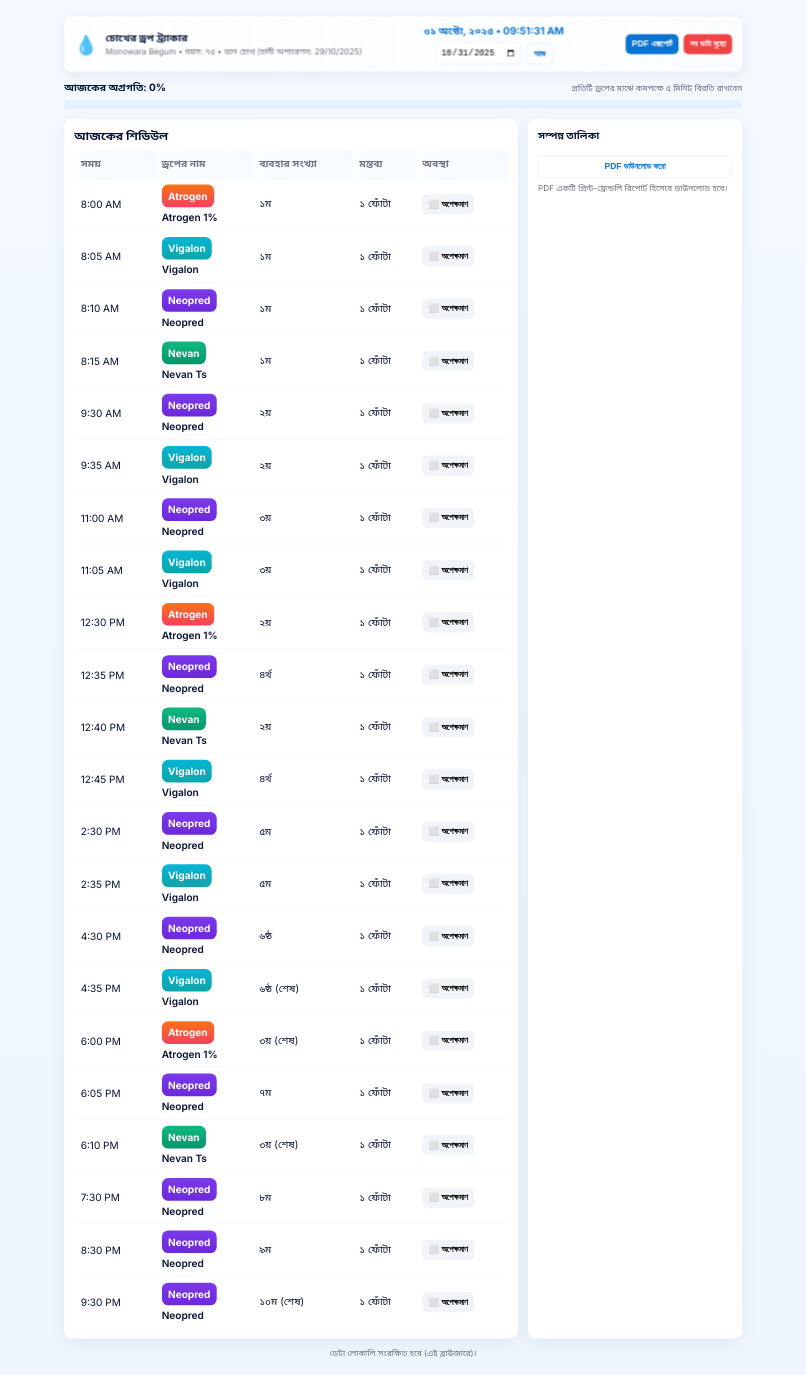
Repository: naimuddin1190/EyeDrop-Tracker
Page: index.html
The author's editor kept a copy of each file at every save. The page is drawn from the files as they stood at one save, then again after the next save.
The browser window is 1280 px wide. The pictures show the whole page, at 63% of full size.

Above is the page before, as saved 2025-10-31 10:07:30.

### index.html
<!doctype html>
<html lang="bn">
<head>
  <meta charset="utf-8" />
  <meta name="viewport" content="width=device-width,initial-scale=1" />
  <title>চোখের ড্রপ ট্র্যাকার — Monowara Begum</title>

  <!-- Fonts (google) -->
  <link href="https://fonts.googleapis.com/css2?family=Inter:wght@400;600;700&family=Noto+Sans+Bengali:wght@400;600&display=swap" rel="stylesheet">

  <!-- Styles -->
  <link rel="stylesheet" href="styles.css">

  <!-- html2pdf (for PDF export) -->
  <script src="https://unpkg.com/html2pdf.js@0.9.3/dist/html2pdf.bundle.min.js"></script>
</head>
<body>
  <div class="app">
    <!-- Sticky header: time, date picker, export button -->
    <header class="topbar">
      <div class="top-left">
        <div class="brand">
          <div class="logo">💧</div>
          <div>
            <div class="title">চোখের ড্রপ ট্র্যাকার</div>
            <div class="subtitle">Monowara Begum • বয়স: ৭৫ • ডান চোখ (চানী অপারেশন: 29/10/2025)</div>
          </div>
        </div>
      </div>

      <div class="top-center">
        <div class="live-time" id="liveTime">—:—</div>
        <div class="date-controls">
          <input type="date" id="viewDate">
          <button id="todayBtn" class="btn ghost">আজ</button>
        </div>
      </div>

      <div class="top-right">
        <button id="exportPdf" class="btn">PDF এক্সপোর্ট</button>
        <button id="clearAll" class="btn danger">সব ডাটা মুছো</button>
      </div>
    </header>

    <!-- Progress -->
    <section class="progress-wrap">
      <div class="progress-info">
        <div id="progressText">আজকের অগ্রগতি: 0%</div>
        <div class="small-note">প্রতিটি ড্রপের মাঝে কমপক্ষে ৫ মিনিট বিরতি রাখবেন</div>
      </div>
      <div class="progress-bar-bg">
        <div id="progressBar" class="progress-bar-fill"></div>
      </div>
    </section>

    <!-- Main content: table + sidebar -->
    <main class="content">
      <section class="card schedule-card">
        <h3>আজকের শিডিউল</h3>
        <div class="table-wrap">
          <table id="scheduleTable" class="schedule-table">
            <thead>
              <tr>
                <th>সময়</th>
                <th>ড্রপের নাম</th>
                <th>ব্যবহার সংখ্যা</th>
                <th>মন্তব্য</th>
                <th>অবস্থা</th>
              </tr>
            </thead>
            <tbody id="scheduleBody"></tbody>
          </table>
        </div>
      </section>

      <aside class="card side-card">
        <h4>সম্পন্ন তালিকা</h4>
        <ul id="completedList" class="completed-list"></ul>

        <div class="side-actions">
          <button id="exportPdfManual" class="btn ghost">PDF ডাউনলোড করো</button>
          <div class="small-note">PDF একটি প্রিন্ট-ফ্রেন্ডলি রিপোর্ট হিসেবে ডাউনলোড হবে।</div>
        </div>
      </aside>
    </main>

    <!-- Hidden printable area for PDF (populated by JS) -->
    <div id="pdfContainer" class="pdf-container" style="display:none;"></div>

    <footer class="footer">ডেটা লোকালি সংরক্ষিত হবে (এই ব্রাউজারে)।</footer>
  </div>

  <script src="app.js"></script>
</body>
</html>

### styles.css
/* styles.css — professional, eye-catching, mobile-first */
:root{
  --bg:#f6fbff;
  --card:#ffffff;
  --accent:#0b74d1;
  --accent-2:#7c3aed;
  --muted:#6b7280;
  --green:#10b981;
  --danger:#ef4444;
  --glass: rgba(255,255,255,0.6);
}

*{box-sizing:border-box}
body{
  margin:0;
  font-family: "Inter", "Noto Sans Bengali", system-ui, -apple-system, "Segoe UI", Roboto, Arial;
  background: linear-gradient(180deg, #f3f9ff 0%, #eef6ff 100%);
  color: #071233;
  -webkit-font-smoothing:antialiased;
  -moz-osx-font-smoothing:grayscale;
}

/* App container */
.app{max-width:1100px;margin:14px auto;padding:12px;}

/* Topbar */
.topbar{
  position:sticky; top:10px; z-index:30;
  display:flex; align-items:center; justify-content:space-between;
  gap:12px; padding:12px 16px; border-radius:12px;
  background: linear-gradient(90deg, rgba(255,255,255,0.85), rgba(255,255,255,0.7));
  box-shadow: 0 6px 22px rgba(9,30,66,0.08);
  backdrop-filter: blur(6px);
}

.brand{display:flex;gap:12px;align-items:center}
.logo{font-size:30px}
.title{font-weight:700;font-size:16px}
.subtitle{font-size:13px;color:var(--muted)}

.top-center{display:flex;flex-direction:column;align-items:center;gap:6px}
.live-time{font-weight:700;font-size:16px;color:var(--accent)}
.date-controls{display:flex;gap:8px;align-items:center}
.date-controls input[type="date"]{padding:8px;border-radius:8px;border:1px solid #e6eef7}
.btn{background:var(--accent);color:#fff;padding:8px 10px;border-radius:8px;border:0;cursor:pointer;font-weight:600}
.btn.ghost{background:transparent;color:var(--accent);border:1px solid rgba(11,116,209,0.12)}
.btn.danger{background:var(--danger)}
.top-right{display:flex;gap:8px;align-items:center}

/* Progress */
.progress-wrap{margin-top:14px;display:flex;flex-direction:column;gap:8px}
.progress-info{display:flex;justify-content:space-between;align-items:center;gap:12px}
.progress-info #progressText{font-weight:700}
.small-note{color:var(--muted);font-size:13px}
.progress-bar-bg{height:14px;background:#e6f0ff;border-radius:12px;overflow:hidden}
.progress-bar-fill{height:100%;width:0%;background:linear-gradient(90deg,var(--accent),var(--accent-2));transition:width 400ms cubic-bezier(.2,.9,.3,1)}

/* Content layout */
.content{display:grid;grid-template-columns:1fr 340px;gap:16px;margin-top:16px}
.card{background:var(--card);padding:16px;border-radius:12px;box-shadow:0 8px 28px rgba(13,27,65,0.06)}
.schedule-card h3{margin:0 0 8px 0}
.side-card h4{margin:0 0 8px 0}

/* Table styles */
.table-wrap{overflow:auto}
.schedule-table{width:100%;border-collapse:collapse;min-width:560px}
.schedule-table thead th{
  text-align:left;padding:10px;border-bottom:1px solid #eef4ff;color:var(--muted);font-weight:700;background:linear-gradient(90deg,#fbfdff,#f6fbff)
}
.schedule-table tbody td{padding:10px;border-bottom:1px solid #f1f7ff;vertical-align:middle}

/* medicine color badges - left column style */
.med-badge{
  display:inline-flex;align-items:center;gap:10px;padding:8px 10px;border-radius:10px;color:#fff;font-weight:700;
}
.med-atrogen{background: linear-gradient(180deg,#f97316,#f43f5e)} /* orange-red */
.med-vigalon{background: linear-gradient(180deg,#06b6d4,#0ea5a9)} /* teal */
.med-neopred{background: linear-gradient(180deg,#7c3aed,#6d28d9)} /* purple */
.med-nevan{background: linear-gradient(180deg,#10b981,#059669)} /* green */

/* mark button */
.mark-btn{padding:8px 10px;border-radius:8px;border:0;cursor:pointer;font-weight:700;background:#f1f5f9}
.mark-btn.done{background:linear-gradient(90deg,#10b981,#34d399);color:white}

/* completed list */
.completed-list{list-style:none;padding:0;margin:8px 0;max-height:300px;overflow:auto}
.completed-list li{background:#f3f9ff;padding:8px;border-radius:8px;margin-bottom:8px;color:#073257;font-weight:600}

/* side actions */
.side-actions{margin-top:12px;display:flex;flex-direction:column;gap:8px}

/* footer */
.footer{text-align:center;color:var(--muted);margin-top:14px;font-size:13px}

/* responsive */
@media (max-width:920px){
  .content{grid-template-columns:1fr; }
  .topbar{flex-direction:column;align-items:stretch;gap:10px}
  .top-center{flex-direction:row;justify-content:space-between}
}

### app.js
/* app.js — সম্পূর্ণ বাংলা UI logic */
/* Features:
   - per-date schedule (select date top)
   - colored med badges
   - save completed items in localStorage keyed by date
   - progress bar
   - auto PDF download when progress reaches 100% (only once per date)
   - manual PDF export button
*/

const scheduleData = [
  ["8:00 AM", "Atrogen 1%", "১ম", "১ ফোঁটা", "atrogen"],
  ["8:05 AM", "Vigalon", "১ম", "১ ফোঁটা", "vigalon"],
  ["8:10 AM", "Neopred", "১ম", "১ ফোঁটা", "neopred"],
  ["8:15 AM", "Nevan Ts", "১ম", "১ ফোঁটা", "nevan"],
  ["9:30 AM", "Neopred", "২য়", "১ ফোঁটা", "neopred"],
  ["9:35 AM", "Vigalon", "২য়", "১ ফোঁটা", "vigalon"],
  ["11:00 AM", "Neopred", "৩য়", "১ ফোঁটা", "neopred"],
  ["11:05 AM", "Vigalon", "৩য়", "১ ফোঁটা", "vigalon"],
  ["12:30 PM", "Atrogen 1%", "২য়", "১ ফোঁটা", "atrogen"],
  ["12:35 PM", "Neopred", "৪র্থ", "১ ফোঁটা", "neopred"],
  ["12:40 PM", "Nevan Ts", "২য়", "১ ফোঁটা", "nevan"],
  ["12:45 PM", "Vigalon", "৪র্থ", "১ ফোঁটা", "vigalon"],
  ["2:30 PM", "Neopred", "৫ম", "১ ফোঁটা", "neopred"],
  ["2:35 PM", "Vigalon", "৫ম", "১ ফোঁটা", "vigalon"],
  ["4:30 PM", "Neopred", "৬ষ্ঠ", "১ ফোঁটা", "neopred"],
  ["4:35 PM", "Vigalon", "৬ষ্ঠ (শেষ)", "১ ফোঁটা", "vigalon"],
  ["6:00 PM", "Atrogen 1%", "৩য় (শেষ)", "১ ফোঁটা", "atrogen"],
  ["6:05 PM", "Neopred", "৭ম", "১ ফোঁটা", "neopred"],
  ["6:10 PM", "Nevan Ts", "৩য় (শেষ)", "১ ফোঁটা", "nevan"],
  ["7:30 PM", "Neopred", "৮ম", "১ ফোঁটা", "neopred"],
  ["8:30 PM", "Neopred", "৯ম", "১ ফোঁটা", "neopred"],
  ["9:30 PM", "Neopred", "১০ম (শেষ)", "১ ফোঁটা", "neopred"]
];

// element refs
const scheduleBody = document.getElementById('scheduleBody');
const completedList = document.getElementById('completedList');
const progressBar = document.getElementById('progressBar');
const progressText = document.getElementById('progressText');
const viewDate = document.getElementById('viewDate');
const todayBtn = document.getElementById('todayBtn');
const liveTime = document.getElementById('liveTime');
const exportPdfBtn = document.getElementById('exportPdf');
const exportPdfManual = document.getElementById('exportPdfManual');
const clearAll = document.getElementById('clearAll');
const pdfContainer = document.getElementById('pdfContainer');

const TOTAL = scheduleData.length;

// init date picker to today
function isoToday(d = new Date()){
  return new Date(d.getTime() - d.getTimezoneOffset()*60000).toISOString().slice(0,10);
}
viewDate.value = isoToday();

// live clock
function updateClock(){
  const now = new Date();
  const t = now.toLocaleTimeString([], {hour:'2-digit', minute:'2-digit', second:'2-digit'});
  const d = now.toLocaleDateString('bn-BD', {year:'numeric', month:'short', day:'numeric'});
  liveTime.textContent = `${d}  •  ${t}`;
}
setInterval(updateClock,1000);
updateClock();

// storage helpers (per date)
function keyFor(dateStr){ return 'eyedrop_'+dateStr; }
function exportedKey(dateStr){ return 'eyedrop_exported_'+dateStr; }

function loadDay(dateStr){
  const raw = localStorage.getItem(keyFor(dateStr));
  if(!raw){
    // initialize with not-taken flags
    const obj = scheduleData.map((row, idx)=>({
      idx,
      time: row[0],
      med: row[1],
      count: row[2],
      note: row[3],
      tag: row[4],
      taken: false,
      ts: null
    }));
    localStorage.setItem(keyFor(dateStr), JSON.stringify(obj));
    return obj;
  }
  return JSON.parse(raw);
}
function saveDay(dateStr, arr){
  localStorage.setItem(keyFor(dateStr), JSON.stringify(arr));
}

// render
function render(){
  const dateStr = viewDate.value;
  const day = loadDay(dateStr);
  scheduleBody.innerHTML = '';
  completedList.innerHTML = '';

  day.forEach(item => {
    const tr = document.createElement('tr');
    // left cells: time, med (with color)
    const medBadge = `<span class="med-badge ${medClass(item.tag)}">${item.med.split(' ')[0]}</span>`;
    tr.innerHTML = `
      <td>${item.time}</td>
      <td>${medBadge} <div style="font-weight:600;margin-top:6px">${item.med}</div></td>
      <td>${item.count}</td>
      <td>${item.note}</td>
      <td><button class="mark-btn ${item.taken ? 'done' : ''}" data-idx="${item.idx}">${item.taken ? '✅ সম্পন্ন' : '⬜ অপেক্ষমাণ'}</button></td>
    `;
    scheduleBody.appendChild(tr);

    if(item.taken){
      const li = document.createElement('li');
      li.textContent = `${item.time} — ${item.med} (${item.count})`;
      completedList.appendChild(li);
    }
  });

  // attach handlers
  document.querySelectorAll('.mark-btn').forEach(btn=>{
    btn.addEventListener('click', ()=>{
      const idx = parseInt(btn.dataset.idx, 10);
      toggleTaken(dateStr, idx);
    });
  });

  updateProgressUI(day);
}

// map tag -> css class
function medClass(tag){
  switch(tag){
    case 'atrogen': return 'med-atrogen';
    case 'vigalon': return 'med-vigalon';
    case 'neopred': return 'med-neopred';
    case 'nevan': return 'med-nevan';
    default: return '';
  }
}

// toggle taken flag
function toggleTaken(dateStr, idx){
  const day = loadDay(dateStr);
  const item = day.find(it=>it.idx===idx);
  if(!item) return;
  item.taken = !item.taken;
  item.ts = item.taken? new Date().toISOString() : null;
  saveDay(dateStr, day);
  render();
  // if 100% and not exported, call autoExport
  checkAutoExport(dateStr);
}

// update progress
function updateProgressUI(day){
  const done = day.filter(d=>d.taken).length;
  const percent = Math.round((done / TOTAL) * 100);
  progressBar.style.width = percent + '%';
  progressText.textContent = `আজকের অগ্রগতি: ${percent}%`;
}

// auto-export once per date when reaches 100%
function checkAutoExport(dateStr){
  const day = loadDay(dateStr);
  const done = day.filter(d=>d.taken).length;
  if(done === TOTAL){
    // check exported flag
    const already = localStorage.getItem(exportedKey(dateStr));
    if(!already){
      // generate PDF automatically and mark exported
      generatePDF(dateStr, true);
      localStorage.setItem(exportedKey(dateStr), new Date().toISOString());
    }
  }
}

// generate printable HTML and call html2pdf
function generatePDF(dateStr, auto=false){
  const day = loadDay(dateStr);
  // build html for pdfContainer
  const patientHeading = `<h2 style="margin:0 0 6px 0">চোখের ড্রপ রিপোর্ট — Monowara Begum</h2>
    <div style="font-size:14px;color:#333;margin-bottom:6px">তারিখ: ${dateStr} • রোগীর বয়স: 75 • ডান চোখ (চানি অপারেশন: 29/10/2025)</div>
    <hr style="border:none;border-top:1px solid #eee;margin:8px 0">`;

  let tableHtml = `<table style="width:100%;border-collapse:collapse;font-size:14px">
    <thead><tr><th style="text-align:left;padding:6px;border-bottom:1px solid #ddd">সময়</th>
    <th style="text-align:left;padding:6px;border-bottom:1px solid #ddd">ড্রপ</th>
    <th style="padding:6px;border-bottom:1px solid #ddd">স্ট্যাটাস</th></tr></thead><tbody>`;

  day.forEach(it=>{
    tableHtml += `<tr>
      <td style="padding:6px;border-bottom:1px solid #f2f2f2">${it.time}</td>
      <td style="padding:6px;border-bottom:1px solid #f2f2f2">${it.med} (${it.count})</td>
      <td style="padding:6px;border-bottom:1px solid #f2f2f2">${it.taken ? 'নেওয়া — ' + (it.ts? new Date(it.ts).toLocaleTimeString(): '') : 'বাকি'}</td>
    </tr>`;
  });

  tableHtml += `</tbody></table>`;

  pdfContainer.innerHTML = `<div style="padding:18px;font-family:Inter, 'Noto Sans Bengali'">${patientHeading}${tableHtml}</div>`;
  const element = pdfContainer;

  // file name
  const fileName = `EyeDrop_${dateStr}_MonowaraBegum.pdf`;

  // html2pdf options
  const opt = {
    margin: 10,
    filename: fileName,
    image: { type: 'jpeg', quality: 0.98 },
    html2canvas: { scale: 2 },
    jsPDF: { unit: 'mm', format: 'a4', orientation: 'portrait' }
  };

  // generate and save
  html2pdf().set(opt).from(element).save().then(()=>{
    if(auto){
      // show subtle alert
      alert('অভিনন্দন! আজকের সব ডোজ সম্পন্ন হয়েছে — PDF ডাউনলোড করা হয়েছে।');
    }
  });
}

// handlers: top buttons
todayBtn.addEventListener('click', ()=>{
  viewDate.value = isoToday();
  render();
});

viewDate.addEventListener('change', ()=>{ render(); });

exportPdfBtn.addEventListener('click', ()=>{
  generatePDF(viewDate.value, false);
});

exportPdfManual.addEventListener('click', ()=>{
  generatePDF(viewDate.value, false);
});

// clear all data (confirm)
clearAll.addEventListener('click', ()=>{
  if(confirm('এই ব্রাউজারের সব EyeDrop ডাটা মুছে ফেলতে চাও? (পুরো অ্যাপের সব ডেটা মুছে যাবে)')){
    // remove keys starting with eyedrop_
    Object.keys(localStorage).forEach(k=>{
      if(k.startsWith('eyedrop_')) localStorage.removeItem(k);
    });
    render();
    alert('সব ডাটা ফাঁকা করা হয়েছে।');
  }
});

// initial render and check
render();
checkAutoExport(viewDate.value);

// accessibility: keyboard quick mark (numbers)
document.addEventListener('keydown',(e)=>{
  if(e.key>='1' && e.key<='9'){
    const day = loadDay(viewDate.value);
    const notTaken = day.filter(d=>!d.taken);
    const idx = parseInt(e.key,10)-1;
    if(notTaken[idx]) {
      notTaken[idx].taken = true;
      notTaken[idx].ts = new Date().toISOString();
      saveDay(viewDate.value, day);
      render();
      checkAutoExport(viewDate.value);
    }
  }
});

After the next save:
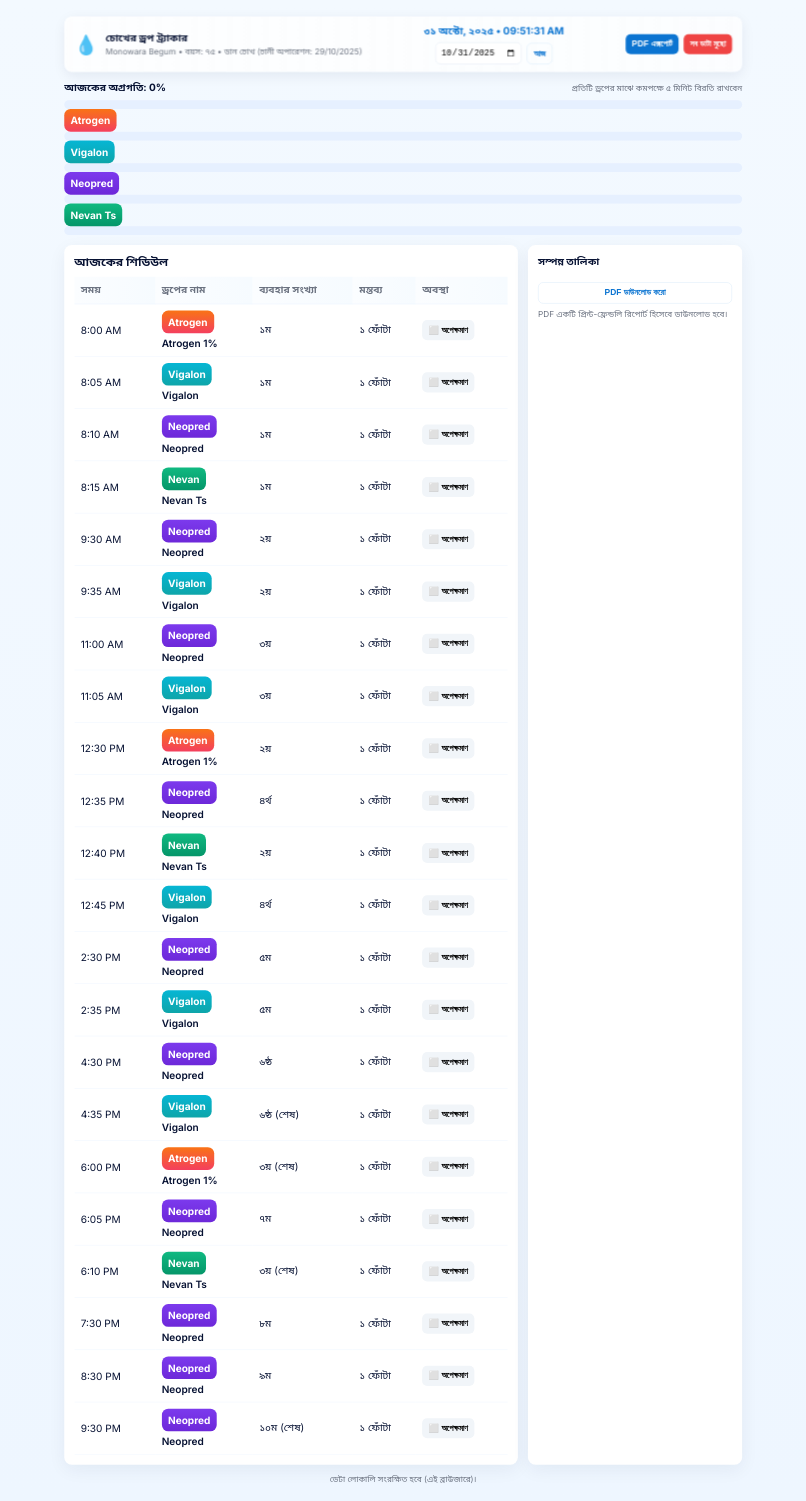
Saved 3 min 21 s later.
--- a/index.html
+++ b/index.html
@@ -5,26 +5,23 @@
   <meta name="viewport" content="width=device-width,initial-scale=1" />
   <title>চোখের ড্রপ ট্র্যাকার — Monowara Begum</title>
 
-  <!-- Fonts (google) -->
+  <!-- Fonts -->
   <link href="https://fonts.googleapis.com/css2?family=Inter:wght@400;600;700&family=Noto+Sans+Bengali:wght@400;600&display=swap" rel="stylesheet">
 
   <!-- Styles -->
   <link rel="stylesheet" href="styles.css">
 
-  <!-- html2pdf (for PDF export) -->
+  <!-- html2pdf -->
   <script src="https://unpkg.com/html2pdf.js@0.9.3/dist/html2pdf.bundle.min.js"></script>
 </head>
 <body>
   <div class="app">
-    <!-- Sticky header: time, date picker, export button -->
     <header class="topbar">
-      <div class="top-left">
-        <div class="brand">
-          <div class="logo">💧</div>
-          <div>
-            <div class="title">চোখের ড্রপ ট্র্যাকার</div>
-            <div class="subtitle">Monowara Begum • বয়স: ৭৫ • ডান চোখ (চানী অপারেশন: 29/10/2025)</div>
-          </div>
+      <div class="brand">
+        <div class="logo">💧</div>
+        <div>
+          <div class="title">চোখের ড্রপ ট্র্যাকার</div>
+          <div class="subtitle">Monowara Begum • বয়স: ৭৫ • ডান চোখ (চানী অপারেশন: 29/10/2025)</div>
         </div>
       </div>
 
@@ -42,7 +39,7 @@
       </div>
     </header>
 
-    <!-- Progress -->
+    <!-- Overall progress -->
     <section class="progress-wrap">
       <div class="progress-info">
         <div id="progressText">আজকের অগ্রগতি: 0%</div>
@@ -53,7 +50,27 @@
       </div>
     </section>
 
-    <!-- Main content: table + sidebar -->
+    <!-- 4 individual medicine progress -->
+    <section class="progress-multi">
+      <div class="med-progress">
+        <span class="med-badge med-atrogen">Atrogen</span>
+        <div class="progress-bar-bg small"><div id="prog-atrogen" class="progress-bar-fill"></div></div>
+      </div>
+      <div class="med-progress">
+        <span class="med-badge med-vigalon">Vigalon</span>
+        <div class="progress-bar-bg small"><div id="prog-vigalon" class="progress-bar-fill"></div></div>
+      </div>
+      <div class="med-progress">
+        <span class="med-badge med-neopred">Neopred</span>
+        <div class="progress-bar-bg small"><div id="prog-neopred" class="progress-bar-fill"></div></div>
+      </div>
+      <div class="med-progress">
+        <span class="med-badge med-nevan">Nevan Ts</span>
+        <div class="progress-bar-bg small"><div id="prog-nevan" class="progress-bar-fill"></div></div>
+      </div>
+    </section>
+
+    <!-- Main area -->
     <main class="content">
       <section class="card schedule-card">
         <h3>আজকের শিডিউল</h3>
@@ -76,7 +93,6 @@
       <aside class="card side-card">
         <h4>সম্পন্ন তালিকা</h4>
         <ul id="completedList" class="completed-list"></ul>
-
         <div class="side-actions">
           <button id="exportPdfManual" class="btn ghost">PDF ডাউনলোড করো</button>
           <div class="small-note">PDF একটি প্রিন্ট-ফ্রেন্ডলি রিপোর্ট হিসেবে ডাউনলোড হবে।</div>
@@ -84,9 +100,7 @@
       </aside>
     </main>
 
-    <!-- Hidden printable area for PDF (populated by JS) -->
-    <div id="pdfContainer" class="pdf-container" style="display:none;"></div>
-
+    <div id="pdfContainer" style="display:none;"></div>
     <footer class="footer">ডেটা লোকালি সংরক্ষিত হবে (এই ব্রাউজারে)।</footer>
   </div>
 
